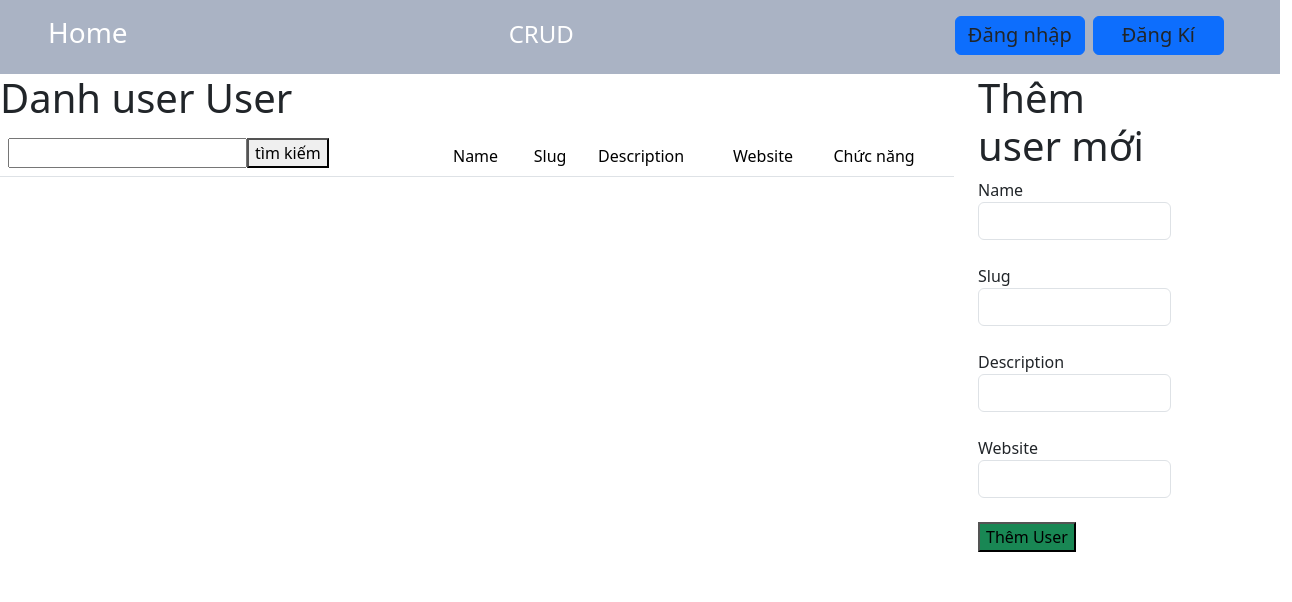
Repository: tung1999zxc/vue-project
Page: /crud
The author's editor kept a copy of each file at every save. The page is drawn from the files as they stood at one save, then again after the next save.
The browser window is 1280 px wide. The page is 1292 px wide, so the pictures cover 1292 px, including what lies to the right of the window. The pictures show the whole page.
The page's requests for data from a server got no answer. The project was rebuilt for these pictures with package versions that can differ from the ones it lists, and the page was loaded fresh each time. No one was signed in, and anything a server would have sent is missing. Also part of the build but not shown: vite.config.ts, src/components/test.vue, src/components/footer1.vue, src/views/HomeView.vue, src/components/login.vue, src/components/Regis.vue.

Above is the page before, as saved 2023-08-07 17:19:07.

After the next save:
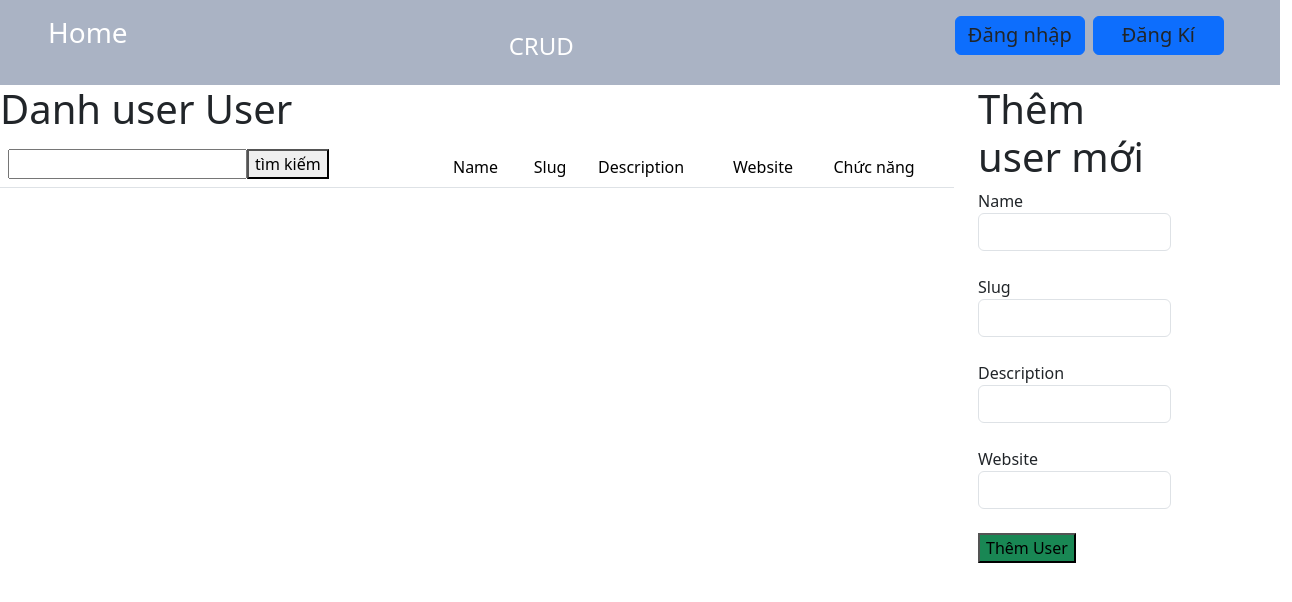
Saved 14 s later.
--- a/src/components/Menu.vue
+++ b/src/components/Menu.vue
@@ -4,7 +4,7 @@
 
 
         <div class="h3"><router-link class="text-white text-decoration-none" to="/">Home</router-link></div>
-        <div class="h4 mt-1"><router-link class="text-white text-decoration-none" to="/crud">CRUD</router-link></div>
+        <div class="h4 mt-3"><router-link class="text-white text-decoration-none" to="/crud">CRUD</router-link></div>
 
 
         <div class=""><div v-if="!isAuthenticated" class="btn btn-primary mr-2 " >

After the save that followed:
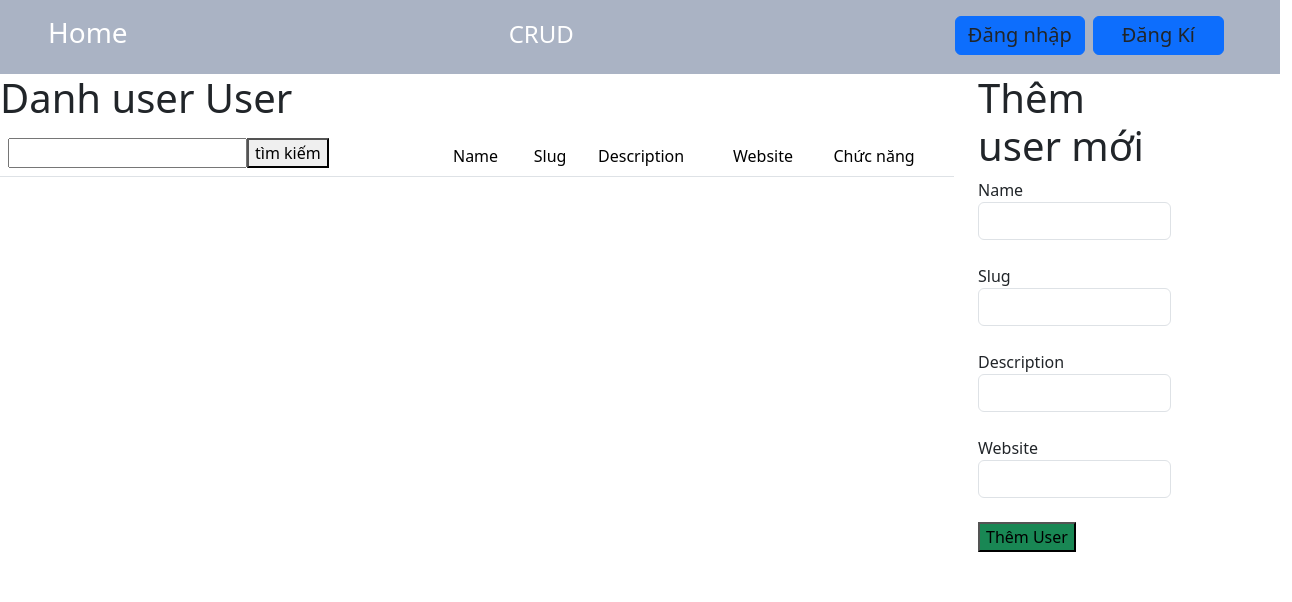
Saved 4 s later.
--- a/src/components/Menu.vue
+++ b/src/components/Menu.vue
@@ -4,7 +4,7 @@
 
 
         <div class="h3"><router-link class="text-white text-decoration-none" to="/">Home</router-link></div>
-        <div class="h4 mt-3"><router-link class="text-white text-decoration-none" to="/crud">CRUD</router-link></div>
+        <div class="h4 mt-1"><router-link class="text-white text-decoration-none" to="/crud">CRUD</router-link></div>
 
 
         <div class=""><div v-if="!isAuthenticated" class="btn btn-primary mr-2 " >
